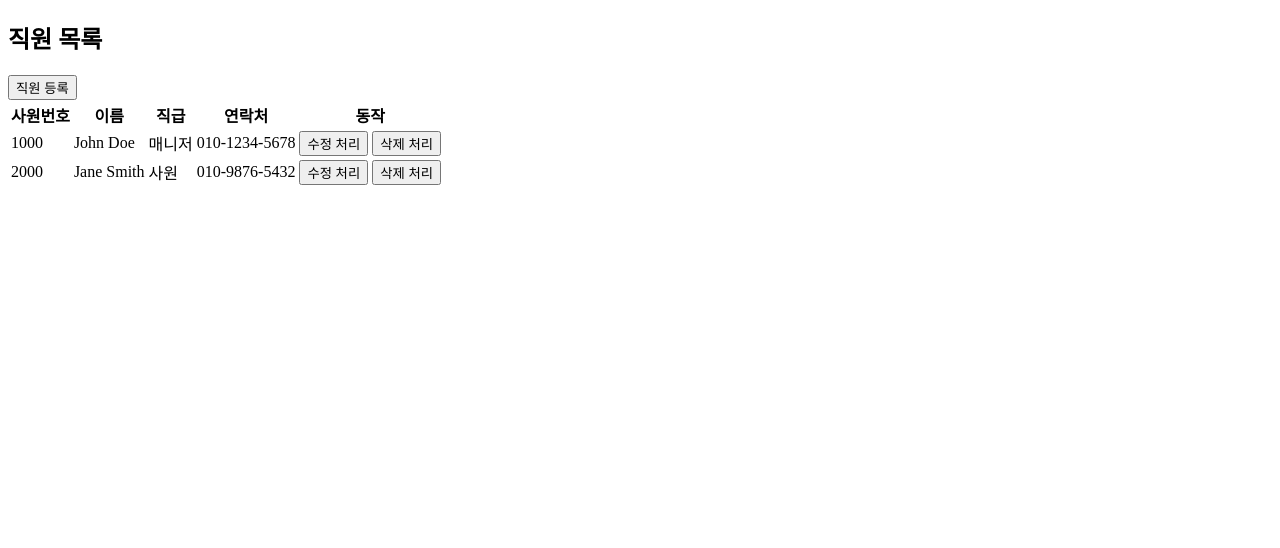
Repository: sieoh/2024html-
Page: http://localhost/jspweb_08/emplist.jsp
These files come from the project's save history. The page is drawn as it stood at one moment and after the next save; the edit follows.
The browser window is 1280 px wide. The pictures show the whole page.
The page is served by Tomcat 9. Other server files are loaded and not shown.

Above is the page before, as saved 2024-01-12 05:00:22.

### workspace_sts/jspweb_08/src/main/webapp/emplist.jsp
<%@ page language="java" contentType="text/html; charset=UTF-8"
    pageEncoding="UTF-8"%>
<!DOCTYPE html>
<html>
<head>
<meta charset="UTF-8">
<title>Insert title here</title>
<style type="text/css">

</style>
</head>
<body>
	<div class="employee-list">
        <h2>직원 목록</h2>
        <button onclick="handleAddButtonClick()">직원 등록</button> <!-- 등록 버튼 추가 -->
        <table>
            <thead>
	            <tr>
	            	<th>사원번호</th>
	                <th>이름</th>
	                <th>직급</th>
	                <th>연락처</th>
	                <th>동작</th> <!-- 새로운 열 추가 -->

	            </tr>
            </thead>
            <tbody>
            	<tr>
	            	<td>1000</td>
	                <td>John Doe</td>
	                <td>매니저</td>
	                <td>010-1234-5678</td>
	                <td><button onclick="handleButtonClick(0)">수정 처리</button> <!-- 버튼 추가 -->
	                <button onclick="handleButtonClick(0)">삭제 처리</button><!-- 버튼 추가 -->

	                </td> <!-- 상세보기 버튼 추가 -->
            	</tr>
            	<tr>
	            	<td>2000</td>
	                <td>Jane Smith</td>
	                <td>사원</td>
	                <td>010-9876-5432</td>
	                <td><button onclick="handleButtonClick(1)">수정 처리</button> <!-- 버튼 추가 -->
	                    <button onclick="handleButtonClick(1)">삭제 처리</button> <!-- 버튼 추가 -->

	                 <!-- 상세보기 버튼 추가 -->
	                </td>
	            </tr>
            <!-- 다른 직원들의 정보도 추가할 수 있습니다. -->
            </tbody>
        </table>
    </div>
</body>
</html>

After the next save:
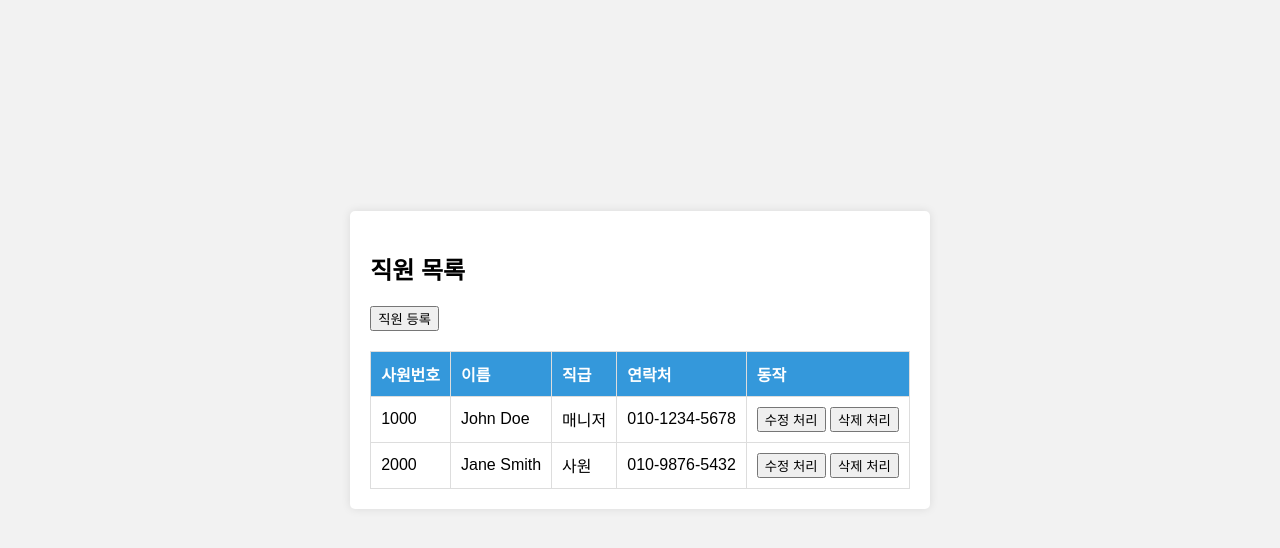
Saved 12 s later.
--- a/workspace_sts/jspweb_08/src/main/webapp/emplist.jsp
+++ b/workspace_sts/jspweb_08/src/main/webapp/emplist.jsp
@@ -6,7 +6,40 @@
 <meta charset="UTF-8">
 <title>Insert title here</title>
 <style type="text/css">
+	/* 직원 목록 */
+   body {
+      font-family: Arial, sans-serif;
+      background-color: #f2f2f2;
+      margin: 0;
+      padding: 0;
+      display: flex;
+      justify-content: center;
+      align-items: center;
+      height: 100vh;
+   }
+   .employee-list {
+      background-color: #fff;
+      padding: 20px;
+      border-radius: 5px;
+      box-shadow: 0 0 10px rgba(0, 0, 0, 0.1);
+   }
 
+   table {
+      width: 100%;
+      border-collapse: collapse;
+      margin-top: 20px;
+   }
+
+   th, td {
+      border: 1px solid #ddd;
+      padding: 10px;
+      text-align: left;
+   }
+
+   th {
+      background-color: #3498db;
+      color: #fff;
+   }
 </style>
 </head>
 <body>
